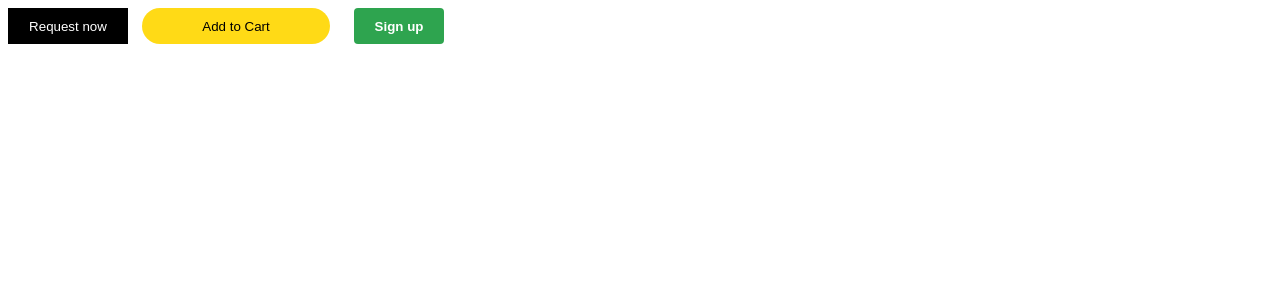
Repository: Kurumilli/Youtube
Page: Exercise3.html
An editor plug-in stored every save of this project. The page is shown before and after the next save, followed by the edit.
The browser window is 1280 px wide. The pictures show the whole page.
The pointer rests on the first visible `.github`.

Above is the page before, as saved 2025-01-25 12:18:35.

### Exercise3.html
<html>
    <body>
        <style>
            .uber{
                background-color: black;
                color: white;
                height:36px;
                border: none;
                width: 120px;
                margin-bottom: 100px;
                cursor: pointer;
                margin-right: 10px;
            }
            .uber:hover{
                opacity: 0.7;
            }

            .amazon{
                background-color:rgb(255,218,22) ;
                height: 36px;
                width: 188px;
                border: none;
                border-radius: 18px;
                margin-right: 10px;
                cursor: pointer;
            }

                .amazon:hover{
                    background-color:rgb(255,210,15) ; ;
                }

                .github{
                    background-color:rgb(46,164,79) ;
                    color: white;
                    height: 36px;
                    width: 90px;
                    border-radius: 4px;
                    margin-left: 10px;
                    cursor: pointer;
                    border:none;
                    font-weight: bold;
                }




         </style>
         <button class="uber">
            Request now
        </button>

        <button class="amazon">
            Add to Cart
        </button>

        <button class="github">
             Sign up
            </button>
     </body>
</html>

After the next save:
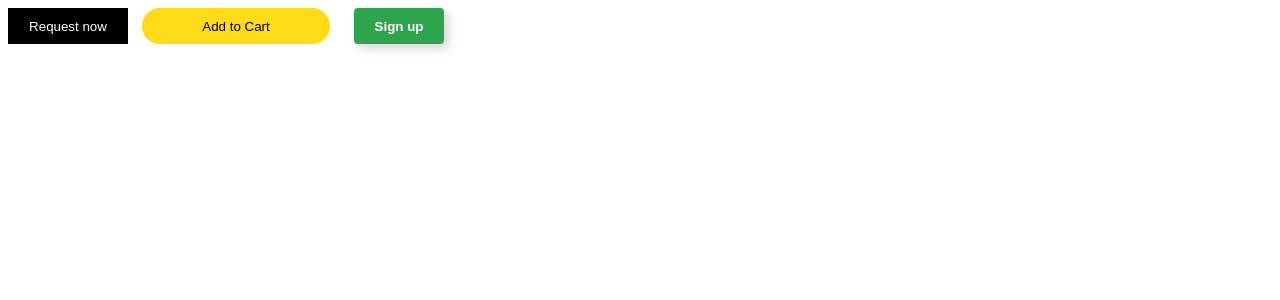
Saved 2 min 2 s later.
--- a/Exercise3.html
+++ b/Exercise3.html
@@ -41,6 +41,10 @@
                     font-weight: bold;
                 }
 
+                .github:hover{
+                    box-shadow: 5px 5px 10px rgba(0,0,0,0.15);
+
+                }
 
 
 
